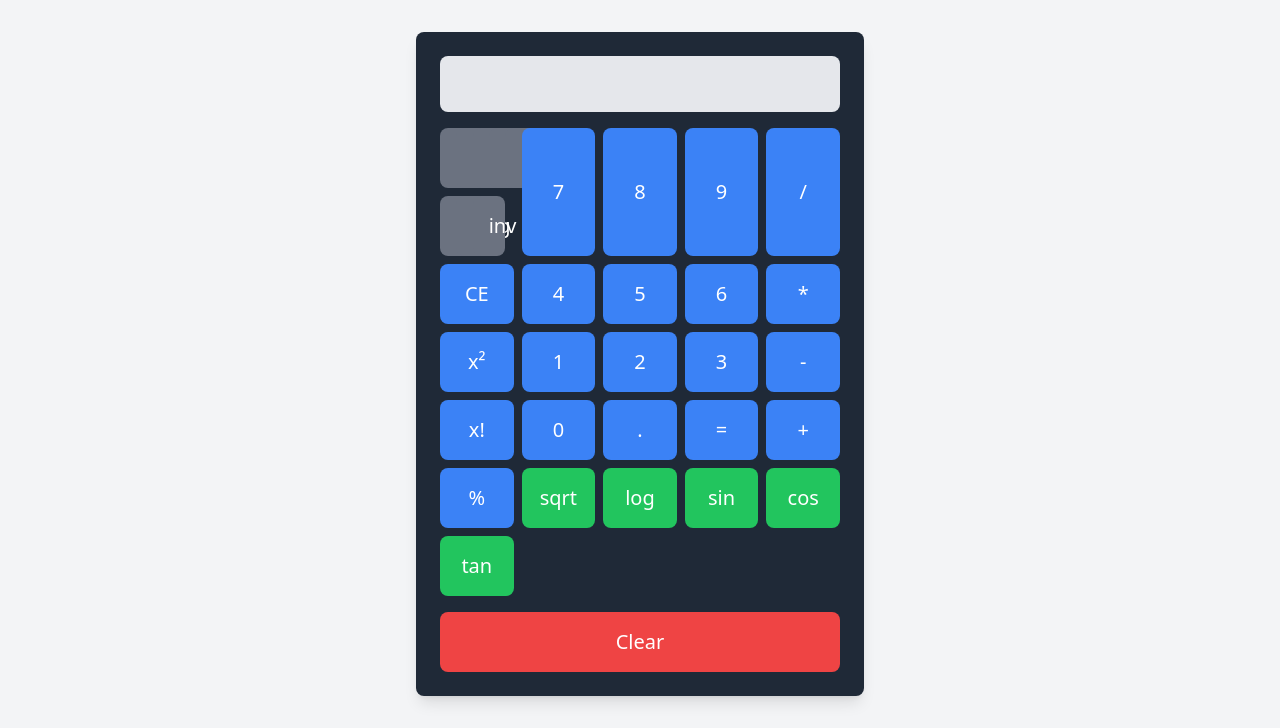
Repository: Sirinegaddour11/Calculator-App
Page: /
An editor plug-in stored every save of this project. The page is shown before and after the next save, followed by the edit.
The browser window is 1280 px wide. The pictures show the whole page.
The project was rebuilt for these pictures with package versions that can differ from the ones it lists, and the page was loaded fresh each time. The framework's server and built-in components were replaced by stand-ins that run in the browser. Also part of the build but not shown: next.config.mjs.

Above is the page before, as saved 2024-09-16 19:20:55.

### app/layout.tsx
import type { Metadata } from "next";
import "./globals.css";

export const metadata: Metadata = {
  title: "Calculator App",
  description: "Generated by me",
};

export default function RootLayout({
  children,
}: Readonly<{
  children: React.ReactNode;
}>) {
  return (
    <html lang="en">
      <body className="bg-red-200">{children}</body>
    </html>
  );
}

### app/page.tsx
import Calculator from "@/components/calculator";
import Image from "next/image";

export default function Home() {
  return (
    <div>
      <Calculator />
    </div>
  );
}

### app/globals.css
@tailwind base;
@tailwind components;
@tailwind utilities;

.dark .three-d {
  text-shadow: 0px 5px 0px #533519;
}
.three-d {
  text-shadow: none;
}
.dark .simplebar-scrollbar ::before {
 background-color: rgb(216, 217, 231);
}

### components/calculator.tsx
"use client";
import React, { useState } from "react";
import { evaluate, pi, exp, ln, factorial } from "mathjs";

const Calculator: React.FC = () => {
  const [expression, setExpression] = useState<string>("");
  const [lastResult, setLastResult] = useState<string>("");

  const handleButtonClick = (value: string) => {
    switch (value) {
      case "pi":
        setExpression((prev) => prev + pi.toString());
        break;
      case "e":
        setExpression((prev) => prev + exp(1).toString());
        break;
      case "Ans":
        setExpression((prev) => prev + lastResult);
        break;
      case "ln":
        setExpression((prev) => prev + "ln(");
        break;
      case "x!":
        setExpression((prev) => prev + "factorial(");
        break;
      case "%":
        setExpression((prev) => prev + "/100");
        break;
      case "inv":
        setExpression((prev) => prev + "^(-1)");
        break;
      case "EXP":
        setExpression((prev) => prev + "*10^");
        break;
      case "CE":
        setExpression((prev) => prev.slice(0, -1));
        break;
      case "x²":
        setExpression((prev) => prev + "^2");
        break;
      default:
        if (["sqrt", "log", "sin", "cos", "tan", "^"].includes(value)) {
          setExpression((prev) => prev + value + "(");
        } else if (value === ")") {
          setExpression((prev) => prev + value);
        } else {
          setExpression((prev) => prev + value);
        }
        break;
    }
  };

  const handleCalculate = () => {
    try {
      const result = evaluate(expression);
      setLastResult(result.toString());
      setExpression(result.toString());
    } catch (error) {
      setExpression("Error");
    }
  };

  const handleClear = () => {
    setExpression("");
    setLastResult("");
  };

  return (
    <div className="flex justify-center items-center min-w-[50vh] p-8 bg-gray-100">
      <div className="max-w-md w-full bg-gray-800 rounded-lg shadow-lg p-6">
        <input
          type="text"
          className="w-full mb-4 p-3 text-2xl text-right bg-gray-200 rounded-lg"
          value={expression}
          readOnly
        />
        <div className="grid grid-cols-5 gap-2">
          {/* Ligne 6 (fonctions supplémentaires) */}
          <div className="grid grid-cols-5 gap-2">
            {["pi", "e", "ln", "Ans", "EXP", "Rad", "Deg", "inv"].map(
              (func, index) => (
                <button
                  key={index}
                  className="p-4 bg-gray-500 text-white rounded-lg hover:bg-gray-600 text-xl"
                  onClick={() => handleButtonClick(func)}
                >
                  {func}
                </button>
              )
            )}
          </div>
          {/* Ligne 1 */}
          {["7", "8", "9", "/", "CE"].map((value, index) => (
            <button
              key={index}
              className="p-4 bg-blue-500 text-white rounded-lg hover:bg-blue-600 text-xl"
              onClick={() =>
                value === "CE"
                  ? handleButtonClick(value)
                  : handleButtonClick(value)
              }
            >
              {value}
            </button>
          ))}
          {/* Ligne 2 */}
          {["4", "5", "6", "*", "x²"].map((value, index) => (
            <button
              key={index}
              className="p-4 bg-blue-500 text-white rounded-lg hover:bg-blue-600 text-xl"
              onClick={() => handleButtonClick(value)}
            >
              {value}
            </button>
          ))}
          {/* Ligne 3 */}
          {["1", "2", "3", "-", "x!"].map((value, index) => (
            <button
              key={index}
              className="p-4 bg-blue-500 text-white rounded-lg hover:bg-blue-600 text-xl"
              onClick={() => handleButtonClick(value)}
            >
              {value}
            </button>
          ))}
          {/* Ligne 4 */}
          {["0", ".", "=", "+", "%"].map((value, index) => (
            <button
              key={index}
              className="p-4 bg-blue-500 text-white rounded-lg hover:bg-blue-600 text-xl"
              onClick={() =>
                value === "=" ? handleCalculate() : handleButtonClick(value)
              }
            >
              {value}
            </button>
          ))}
          {/* Ligne 5 (fonctions scientifiques) */}
          {["sqrt", "log", "sin", "cos", "tan"].map((func, index) => (
            <button
              key={index}
              className="p-4 bg-green-500 text-white rounded-lg hover:bg-green-600 text-xl"
              onClick={() => handleButtonClick(func)}
            >
              {func}
            </button>
          ))}
        </div>
        <button
          className="mt-4 w-full p-4 bg-red-500 text-white rounded-lg hover:bg-red-600 text-xl"
          onClick={handleClear}
        >
          Clear
        </button>
      </div>
    </div>
  );
};

export default Calculator;

Loaded but not shown: tailwind.config.ts (common file)

After the next save:
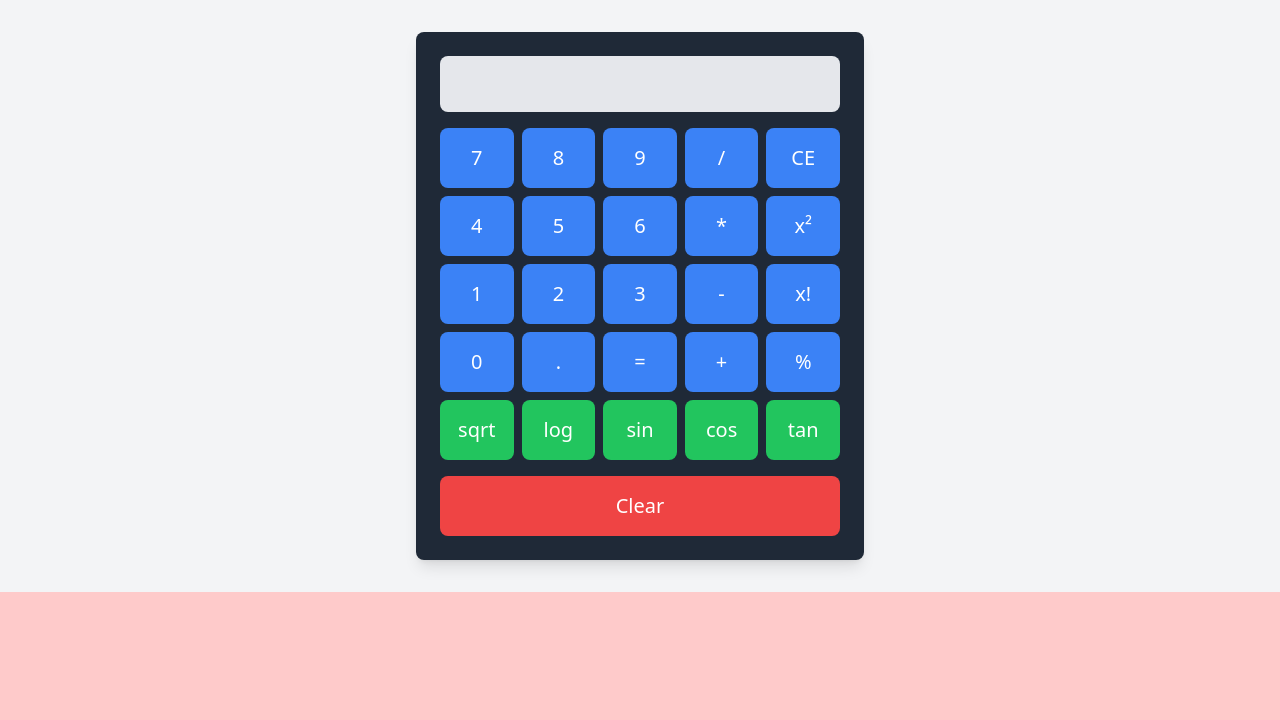
Saved 25 s later.
--- a/components/calculator.tsx
+++ b/components/calculator.tsx
@@ -75,20 +75,7 @@ const Calculator: React.FC = () => {
           readOnly
         />
         <div className="grid grid-cols-5 gap-2">
-          {/* Ligne 6 (fonctions supplémentaires) */}
-          <div className="grid grid-cols-5 gap-2">
-            {["pi", "e", "ln", "Ans", "EXP", "Rad", "Deg", "inv"].map(
-              (func, index) => (
-                <button
-                  key={index}
-                  className="p-4 bg-gray-500 text-white rounded-lg hover:bg-gray-600 text-xl"
-                  onClick={() => handleButtonClick(func)}
-                >
-                  {func}
-                </button>
-              )
-            )}
-          </div>
+
           {/* Ligne 1 */}
           {["7", "8", "9", "/", "CE"].map((value, index) => (
             <button
